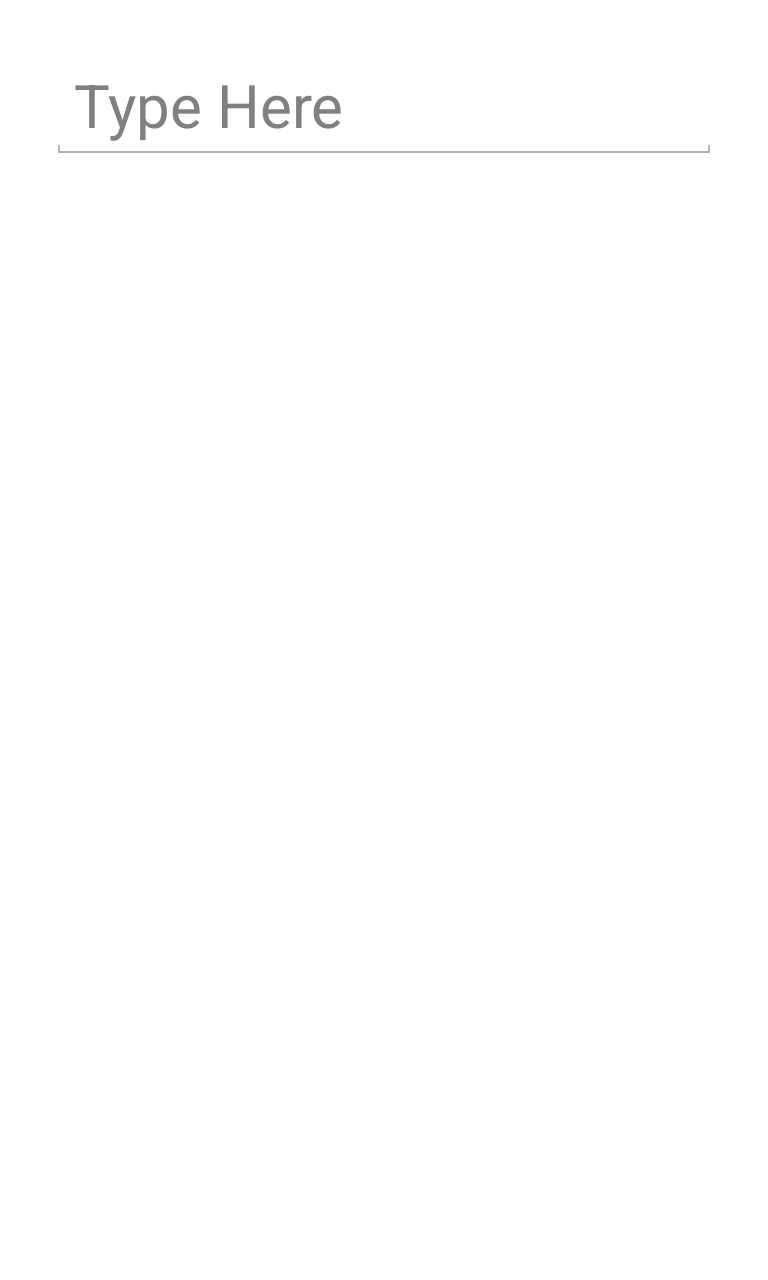
Repository: eshan22/android
Layout: projectone/res/layout/activity_textplay.xml
The author's editor kept a copy of each file at every save. The layout is drawn from the files as they stood at one save, then again after the next save.
It is drawn on a 768 x 1280 px phone screen (xhdpi) without system bars, with theme AppTheme; the app's code is not run.

Above is the layout before, as saved 2013-06-18 15:55:43.

### projectone/res/layout/activity_textplay.xml
<LinearLayout
    android:layout_width="fill_parent"
    android:layout_height="fill_parent"
    android:padding="25dp"
    android:orientation="vertical"
    xmlns:android="http://schemas.android.com/apk/res/android">

    <EditText
        android:layout_width="fill_parent"
        android:layout_height="wrap_content"
        android:id="@+id/et"
        android:textSize="30dp"
        android:hint="Type Here"


        />

    <LinearLayout
       android:weightSum="100"
       android:layout_width="fill_parent"
       android:layout_height="wrap_content"
       android:orientation="horizontal"
        >
        <Button
            android:text="Submit"
            android:textSize="30dp"
            android:layout_weight="30"
            android:id="@+id/b"
            />
        <ToggleButton
            android:textSize="30dp"
            android:layout_weight="70"
            android:checked="true"
            android:id="@+id/tb"
            />


    </LinearLayout>
</LinearLayout>

Loaded but not shown: projectone/res/values/styles.xml (common file); projectone/res/values-v11/styles.xml (common file); projectone/res/values-v14/styles.xml (common file)

After the next save:
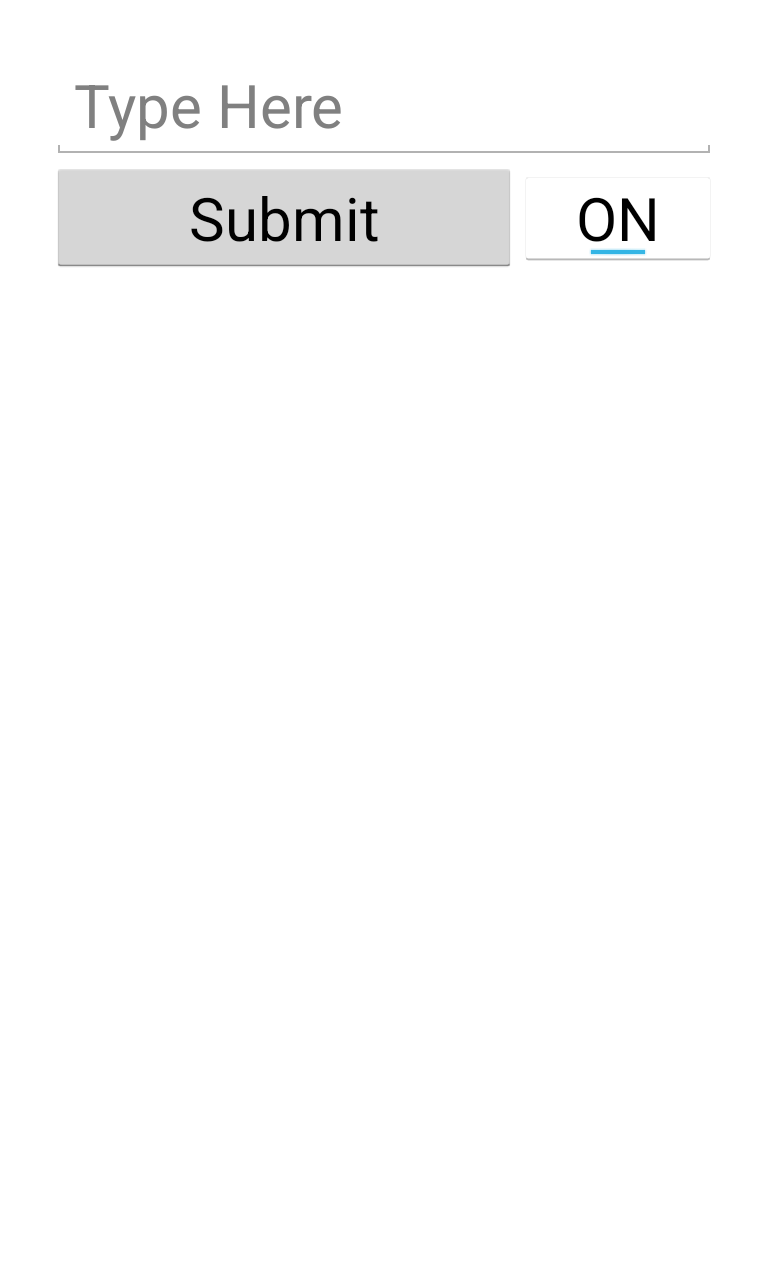
Saved 47 s later.
--- a/projectone/res/layout/activity_textplay.xml
+++ b/projectone/res/layout/activity_textplay.xml
@@ -24,10 +24,15 @@
         <Button
             android:text="Submit"
             android:textSize="30dp"
+            android:layout_width="fill_parent"
+            android:layout_height="wrap_content"
             android:layout_weight="30"
             android:id="@+id/b"
             />
         <ToggleButton
+
+            android:layout_width="fill_parent"
+            android:layout_height="wrap_content"
             android:textSize="30dp"
             android:layout_weight="70"
             android:checked="true"
